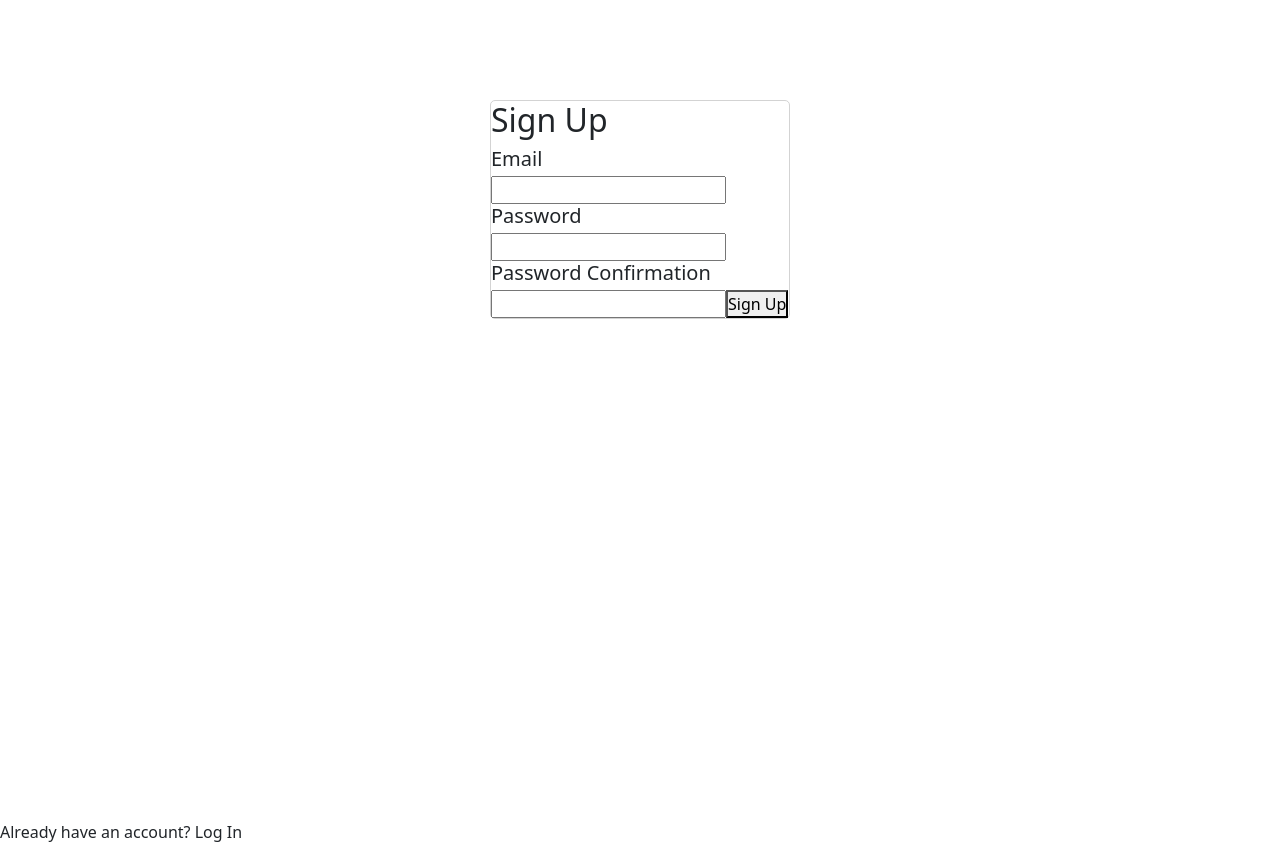
Repository: carinvid/reach-eshop
Page: /signup
The author's editor kept a copy of each file at every save. The page is drawn from the files as they stood at one save, then again after the next save.
The browser window is 1280 px wide. The pictures show the whole page.
The page's requests for data from a server got no answer. The project was rebuilt for these pictures with package versions that can differ from the ones it lists, and the page was loaded fresh each time. No one was signed in, and anything a server would have sent is missing. Also part of the build but not shown: src/Header.css, src/Header.js, src/Home.css, src/Product.css, src/Product.js, src/Home.js, src/Checkout.css, src/CheckoutProduct.css and 7 more.

Above is the page before, as saved 2022-04-06 16:07:19.

After the next save:
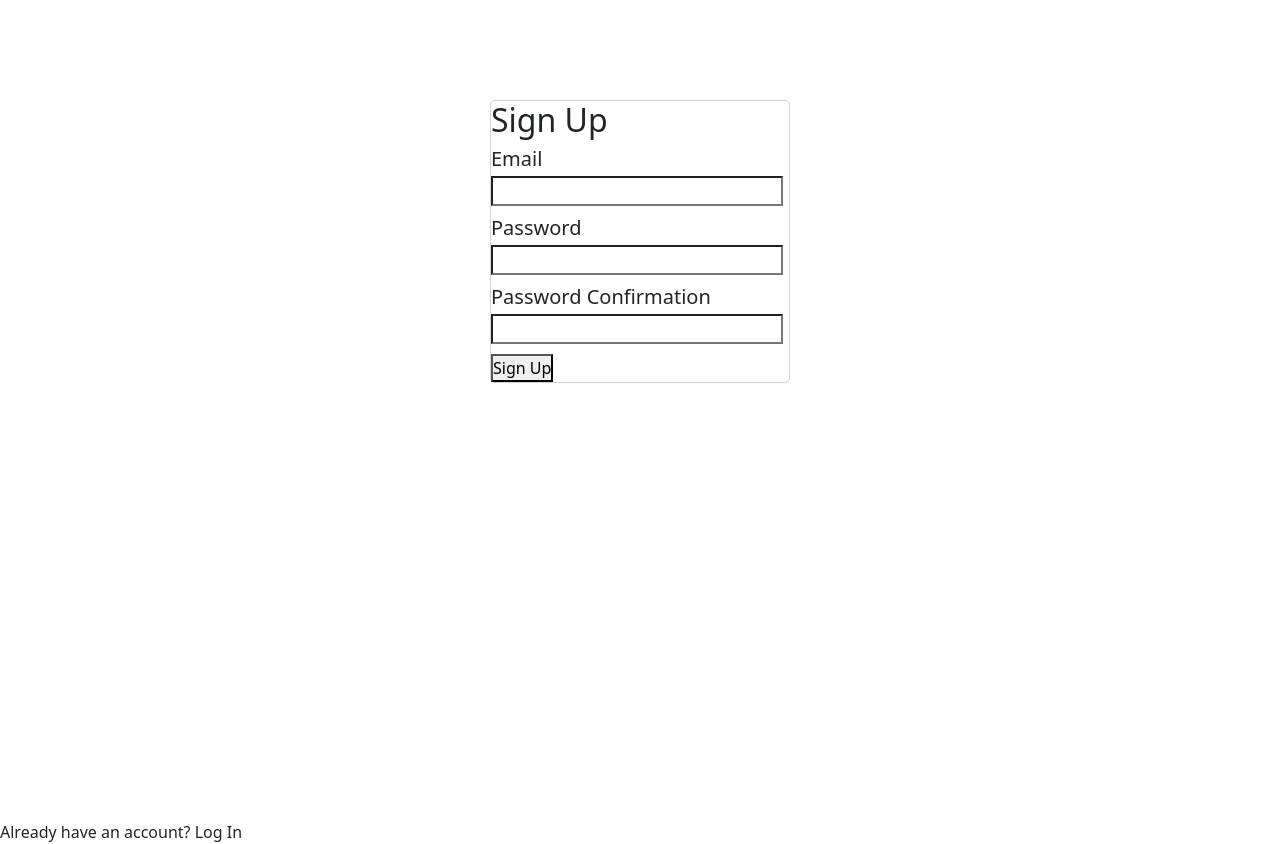
Saved 60 s later.
--- a/src/Signup.css
+++ b/src/Signup.css
@@ -24,3 +24,25 @@
 .signup-container > form > h5 {
     margin-bottom: 5px;
 }
+
+.signup-container > form > input {
+    height: 30px;
+    margin-bottom: 10px;
+    background-color: white;
+    width: 98%;
+}
+
+.signup-container > p {
+    margin-top: 15px;
+    font-size: 12px;
+}
+
+.signup-signInButton {
+    background: aqua;
+    border-radius: 2px;
+    width: 100%;
+    height: 30px;
+    border: 1px solid;
+    margin-top: 10px;
+    border-color: rgb(44, 82, 87) ;
+}
